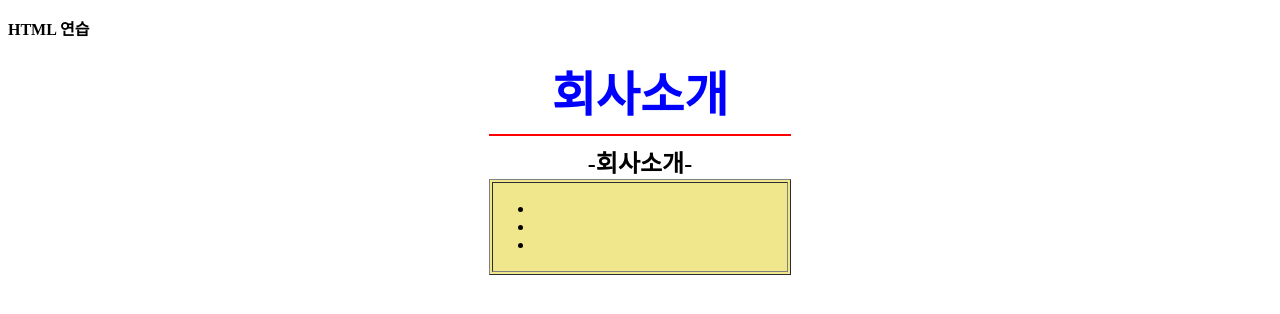
Repository: sika5382/jsp
Page: html/WebContent/NewFile2.html
These files come from the project's save history. The page is drawn as it stood at one moment and after the next save; the edit follows.
The browser window is 1280 px wide. The pictures show the whole page.

Above is the page before, as saved 2020-10-29 08:02:31.

After the next save:
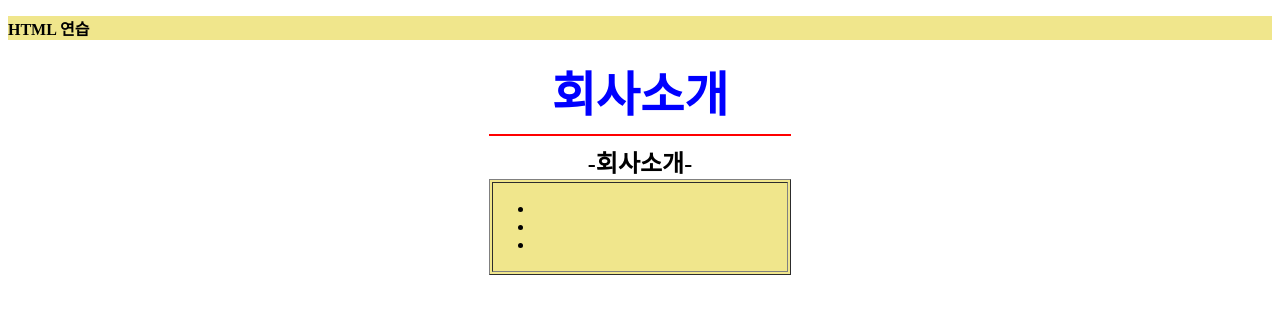
Saved 58 s later.
--- a/html/WebContent/NewFile2.html
+++ b/html/WebContent/NewFile2.html
@@ -5,7 +5,7 @@
 <title>Insert title here</title>
 </head>
 <body>
-	<dl style="background-color="khaki">
+	<dl style="background-color:khaki;">
 		<dt><b>HTML 연습</b>
 
 	</dl>

After the save that followed:
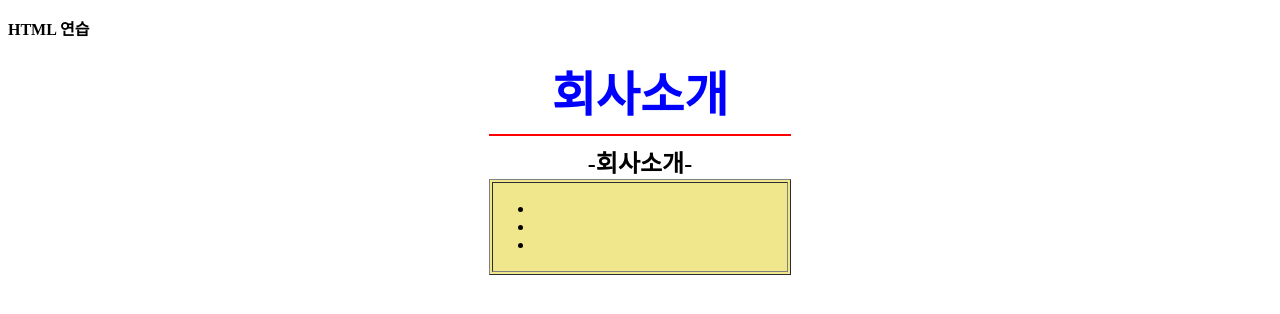
Saved 7 s later.
--- a/html/WebContent/NewFile2.html
+++ b/html/WebContent/NewFile2.html
@@ -5,7 +5,7 @@
 <title>Insert title here</title>
 </head>
 <body>
-	<dl style="background-color:khaki;">
+	<dl style="background-color:sky;">
 		<dt><b>HTML 연습</b>
 
 	</dl>
